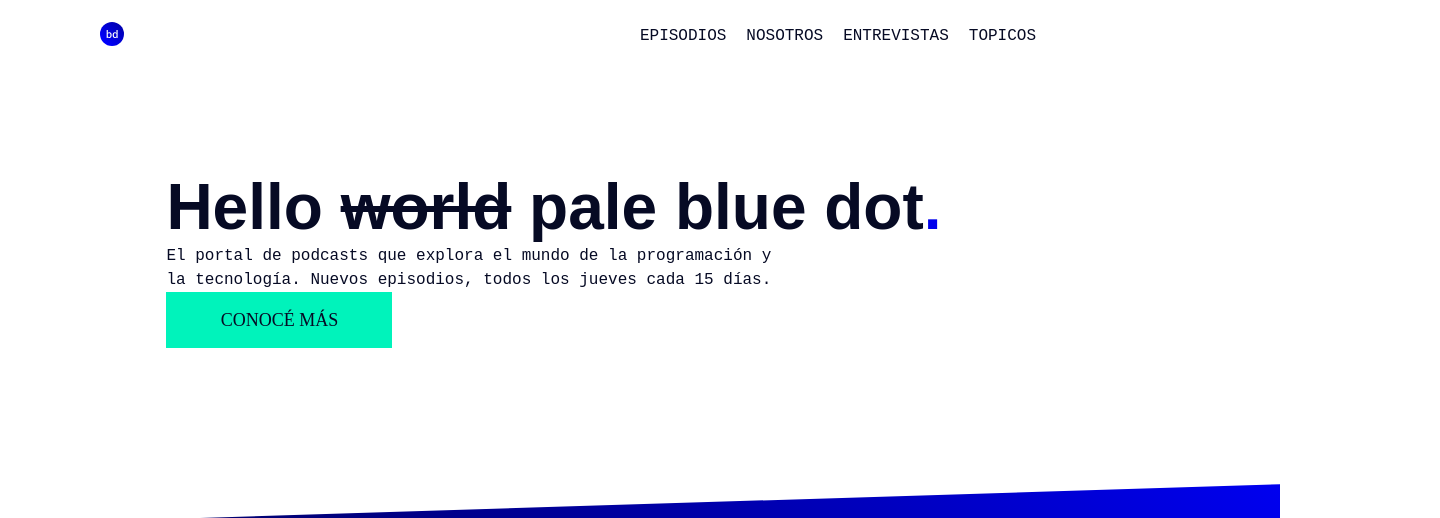
Repository: FedeGA93/podcast
Page: index.html
The author's editor kept a copy of each file at every save. The page is drawn from the files as they stood at one save, then again after a run of saves.
The browser window is 1280 px wide. The page is 1440 px wide, so the pictures cover 1440 px, including what lies to the right of the window. The pictures show the part of the page from y = 0 to 518 px (the page is 3205 px tall).
Pictures or frames that could not be fetched are drawn as grey boxes. Some web fonts or font styles are not loaded; a fallback is used. Some web libraries are served in a nearby version.

Above is the page before, as saved 2019-11-26 19:04:43.

After the next 4 saves:
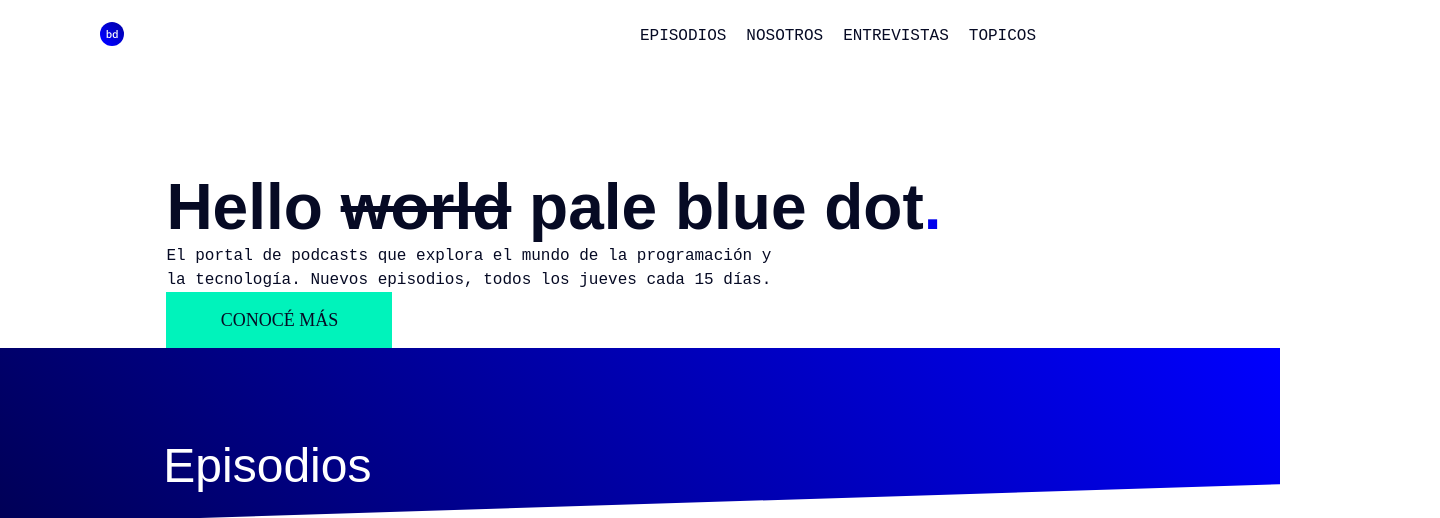
The 4 saves are shown as one change because they came seconds apart.
The last was saved 10 s later.
--- a/index.html
+++ b/index.html
@@ -60,7 +60,7 @@
     <section>
         <div class="fondo-azul-gradiente sec">
             <svg xmlns="http://www.w3.org/2000/svg" viewBox="0 1 100 100" preserveAspectRatio="none">
-                <polygon fill="white" points="0,1 1440,0 0,45" />
+                <polygon fill="white" points="0,100 1440,0 0,45" />
             </svg>
           <!--   <div class="corteuno"></div> -->
             <div class="cortedos"></div>

After the save that followed:
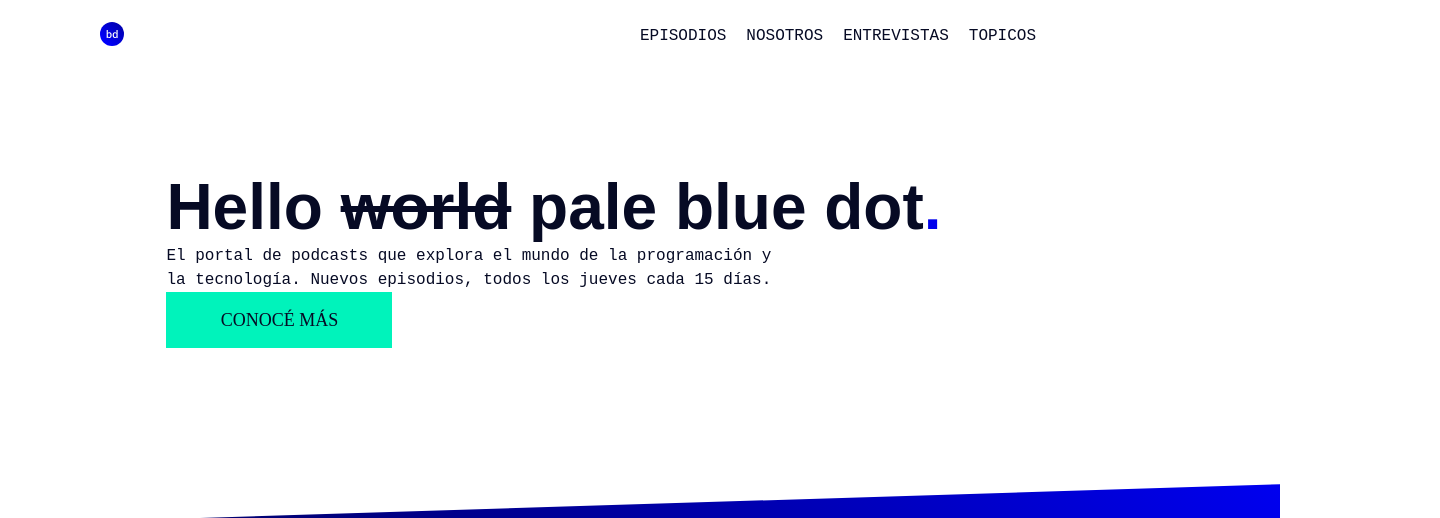
Saved 4 s later.
--- a/index.html
+++ b/index.html
@@ -60,7 +60,7 @@
     <section>
         <div class="fondo-azul-gradiente sec">
             <svg xmlns="http://www.w3.org/2000/svg" viewBox="0 1 100 100" preserveAspectRatio="none">
-                <polygon fill="white" points="0,100 1440,0 0,45" />
+                <polygon fill="white" points="0,0 1440,0 0,45" />
             </svg>
           <!--   <div class="corteuno"></div> -->
             <div class="cortedos"></div>
